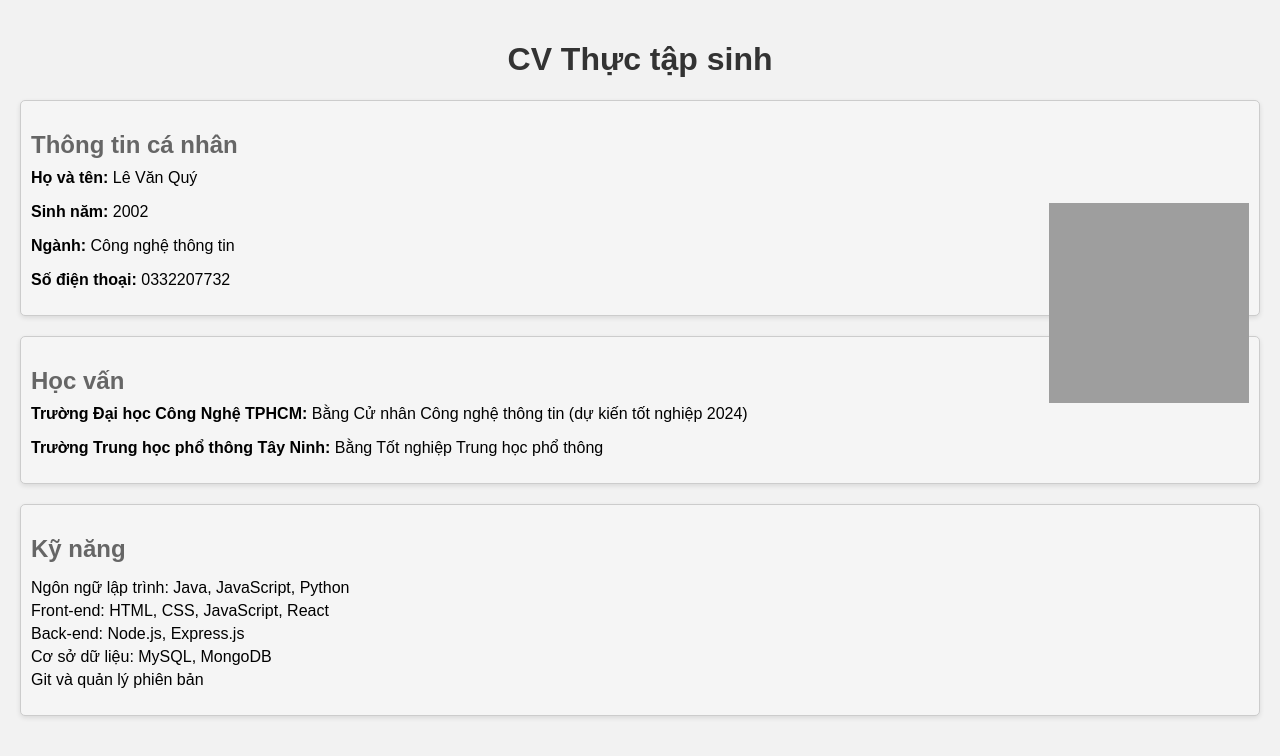
Repository: Quyed1/MonCongCu
Page: index.html
An editor plug-in stored every save of this project. The page is shown before and after the next save, followed by the edit.
The browser window is 1280 px wide. The pictures show the whole page.
Pictures or frames that could not be fetched are drawn as grey boxes.

Above is the page before, as saved 2024-03-15 10:19:04.

### index.html
<!DOCTYPE html>
<html lang="en">
<head>
  <meta charset="UTF-8">
  <meta name="viewport" content="width=device-width, initial-scale=1.0">
  <title>CV Thực tập sinh</title>
  <style>
    body {
      font-family: Arial, sans-serif;
      margin: 0;
      padding: 20px;
    }
    h1 {
      color: #333;
    }
    h2 {
      color: #666;
      margin-bottom: 10px;
    }
    p {
      margin-top: 0;
    }
    .section {
      margin-bottom: 20px;
    }
    .section-title {
      font-weight: bold;
    }
  </style>
</head>
<body>
  <h1>CV Thực tập sinh</h1>

  <div class="section">
    <h2>Thông tin cá nhân</h2>
    <p><strong>Họ và tên:</strong> Lê Văn Quý</p>
    <img src="https://studiochupanhdep.com/Upload/Images/Album/anh-cv-dep.jpg" alt="Ảnh cá nhân" class="profile-image">
    <p><strong>Sinh năm:</strong> 2002</p>
    <p><strong>Ngành:</strong> Công nghệ thông tin</p>
    <p><strong>Số điện thoại:</strong> 0332207732</p>
  </div>

  <div class="section">
    <h2>Học vấn</h2>
    <p><strong>Trường Đại học Công Nghệ TPHCM:</strong> Bằng Cử nhân Công nghệ thông tin (dự kiến tốt nghiệp 2024)</p>
    <p><strong>Trường Trung học phổ thông Tây Ninh:</strong> Bằng Tốt nghiệp Trung học phổ thông</p>
  </div>

  <div class="section">
    <h2>Kỹ năng</h2>
    <ul>
      <li>Ngôn ngữ lập trình: Java, JavaScript, Python</li>
      <li>Front-end: HTML, CSS, JavaScript, React</li>
      <li>Back-end: Node.js, Express.js</li>
      <li>Cơ sở dữ liệu: MySQL, MongoDB</li>
      <li>Git và quản lý phiên bản</li>
    </ul>
  </div>
</body>
</html>
<link rel="stylesheet" href="style.css">

### style.css
body {
    font-family: Arial, sans-serif;
    margin: 0;
    padding: 20px;
    background-color: #f2f2f2;
  }

  h1 {
    color: #333;
    text-align: center;
  }

  h2 {
    color: #666;
    margin-bottom: 10px;
  }

  p {
    margin-top: 0;
  }

  .section {
    margin-bottom: 20px;
    padding: 10px;
    background-color: #fff;
    border-radius: 5px;
    box-shadow: 0 2px 5px rgba(0, 0, 0, 0.1);
  }

  .section-title {
    font-weight: bold;
  }

  ul {
    list-style-type: none;
    padding: 0;
  }

  li {
    margin-bottom: 5px;
  }

  /* Custom colors */
  body {
    background-color: #f2f2f2;
  }

  h1 {
    color: #333;
  }

  h2 {
    color: #666;
  }

  .section {
    background-color: #fff;
    box-shadow: 0 2px 5px rgba(0, 0, 0, 0.1);
  }

  .profile-image {
    width: 200px;
    height: 200px;
    float: right;
    margin-left: 20px;

  }
  .section-title {
    color: #333;
  }

  /* Add your custom styles below this line */

  /* Example: Change the color of the section title */
  .section-title {
    color: #ff0000; /* Red */
  }

  /* Example: Change the background color of the section */
  .section {
    background-color: #f5f5f5; /* Light gray */
  }

  /* Example: Change the font size of the paragraphs */
  p {
    font-size: 16px;
  }

  /* Example: Add a border to the sections */
  .section {
    border: 1px solid #ccc;
  }

After the next save:
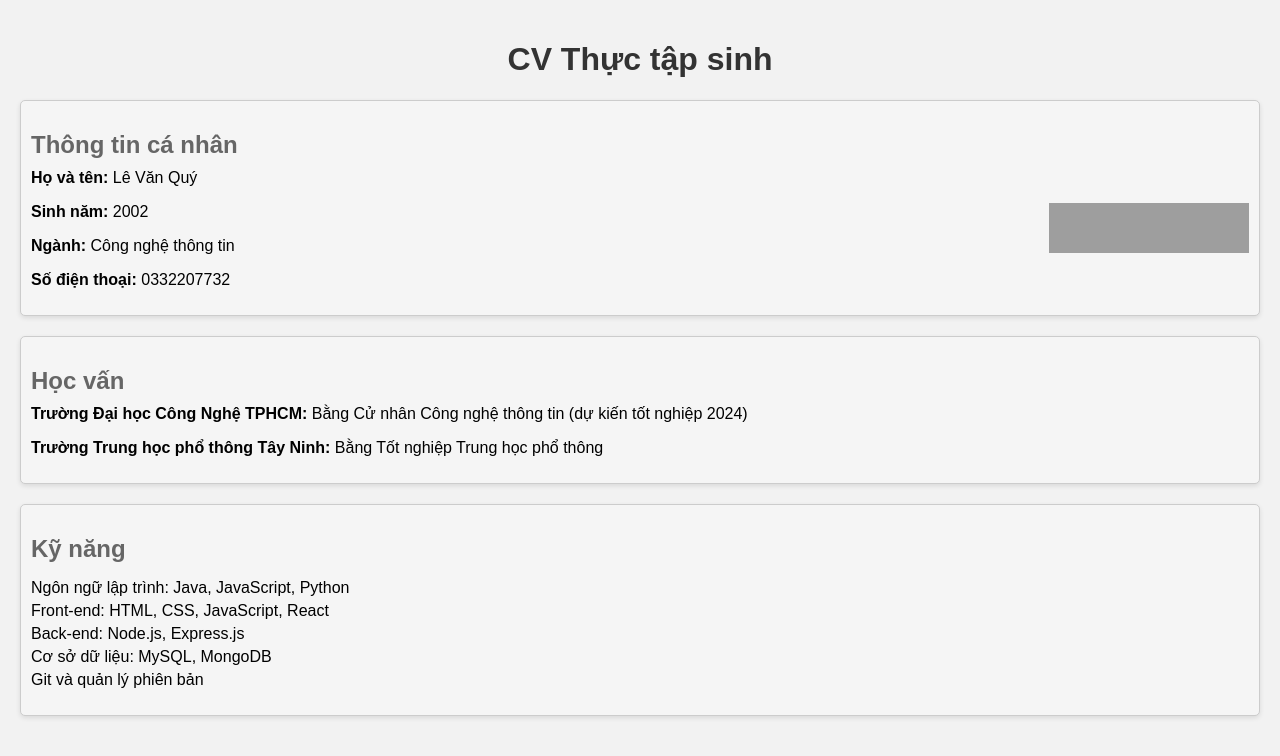
Saved 10 s later.
--- a/style.css
+++ b/style.css
@@ -60,7 +60,7 @@
 
   .profile-image {
     width: 200px;
-    height: 200px;
+    height: 50px;
     float: right;
     margin-left: 20px;
 

After the save that followed:
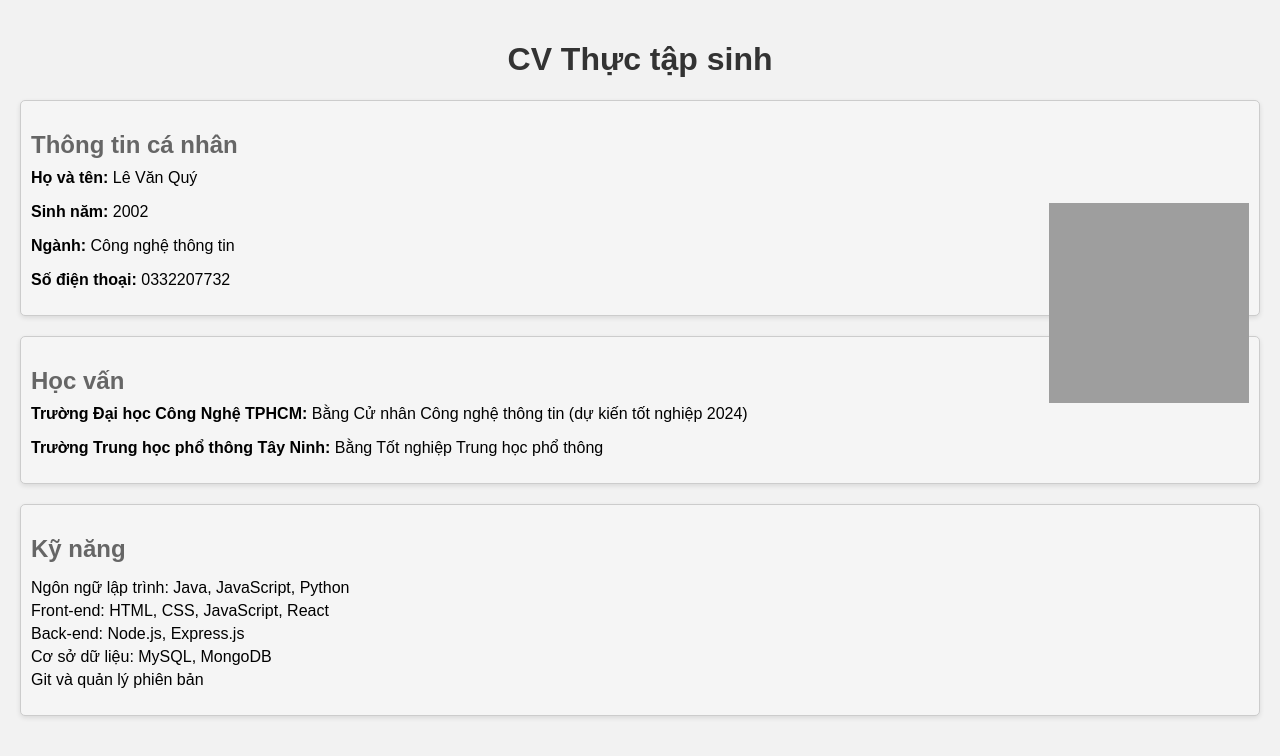
Saved 6 s later.
--- a/style.css
+++ b/style.css
@@ -60,7 +60,7 @@
 
   .profile-image {
     width: 200px;
-    height: 50px;
+    height: 200px;
     float: right;
     margin-left: 20px;
 
